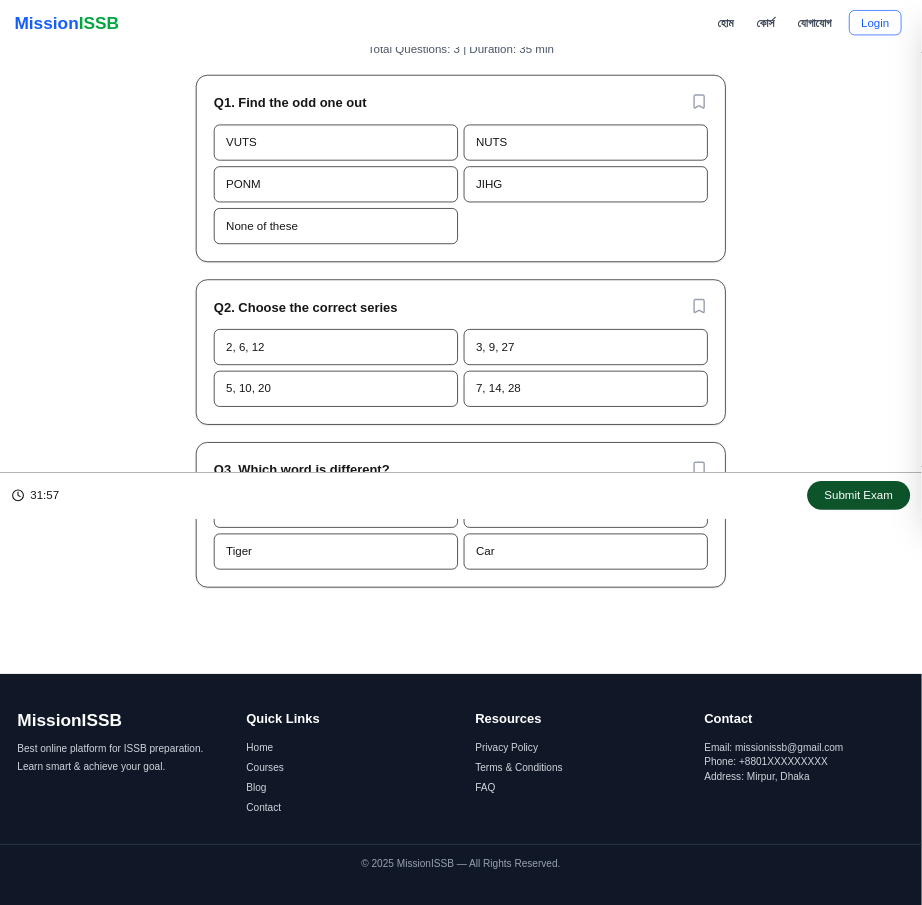
Repository: mdmuhibullahhabib/missionissb
Page: /exam/verbal-model-test-01
The author's editor kept a copy of each file at every save. The page is drawn from the files as they stood at one save, then again after the next save.
The browser window is 1280 px wide. The pictures show the whole page, at 72% of full size.
The page's requests for data from a server got no answer. The project was rebuilt for these pictures with package versions that can differ from the ones it lists, and the page was loaded fresh each time. The framework's server and built-in components were replaced by stand-ins that run in the browser. No one was signed in, and anything a server would have sent is missing. Also part of the build but not shown: next.config.mjs, app/exam/[id]/components/SubmitModal.jsx.

Above is the page before, as saved 2025-12-15 16:53:30.

### app/layout.js
import { Geist, Geist_Mono } from 'next/font/google'
import './globals.css'
import Footer from '@/components/shared/Footer'
import Navbar from '@/components/shared/Navbar'
import NextAuthProvider from './providers/NextAuthProvider'
import LayoutWrapper from '@/components/LayoutWrapper'

const geistSans = Geist({
  variable: '--font-geist-sans',
  subsets: ['latin']
})

const geistMono = Geist_Mono({
  variable: '--font-geist-mono',
  subsets: ['latin']
})

export const metadata = {
  title: 'Mission ISSB',
  description: 'Generated by create next app'
}

export default function RootLayout({ children }) {
  return (
    <html lang='en' suppressHydrationWarning={true}>
      <body
        className={`${geistSans.variable} ${geistMono.variable} antialiased`}
      >
        <NextAuthProvider>

                    <LayoutWrapper>{children}</LayoutWrapper>


          {/* <Navbar />

          {children}

          <Footer /> */}
        </NextAuthProvider>
      </body>
    </html>
  )
}

### app/exam/[id]/page.jsx
"use client";

import { useState } from "react";
import { Clock } from "lucide-react";
import McqCard from "./components/McqCard";
import SubmitModal from "./components/SubmitModal";

/* Fake Questions */
const questions = [
  {
    question: "Find the odd one out",
    options: ["VUTS", "NUTS", "PONM", "JIHG", "None of these"],
  },
  {
    question: "Choose the correct series",
    options: ["2, 6, 12", "3, 9, 27", "5, 10, 20", "7, 14, 28"],
  },
  {
    question: "Which word is different?",
    options: ["Dog", "Cat", "Tiger", "Car"],
  },
];

const ExamPage = () => {
  const [currentQ, setCurrentQ] = useState(0);
  const [answers, setAnswers] = useState({});
  const [showSubmitModal, setShowSubmitModal] = useState(false);

  const handleSelect = (idx) => {
    setAnswers({ ...answers, [currentQ]: idx });
  };

  return (
    <div className="min-h-screen bg-white pb-24">

      {/* Header */}
      <div className="text-center py-6">
        <h1 className="text-2xl font-bold">Verbal Model Test 01</h1>
        <p className="text-gray-600">
          Total Questions: {questions.length} | Duration: 35 min
        </p>
      </div>

      {/* Question Card */}
           <div className="max-w-3xl mx-auto px-4">
        {questions.map((q, index) => (
          <McqCard
            key={index}
            index={index}
            question={q.question}
            options={q.options}
            selectedAnswer={answers[index]}
            onSelect={(optIdx) =>
              handleSelect(index, optIdx)
            }
          />
        ))}
      </div>

      {/* Footer */}
      <div className="fixed bottom-0 left-0 w-full bg-white border-t px-4 py-3 flex justify-between">
        <div className="flex items-center gap-2 font-medium">
          <Clock size={18} /> 31:57
        </div>

        <button
          onClick={() => setShowSubmitModal(true)}
          className="bg-green-900 text-white px-6 py-2 rounded-full"
        >
          Submit Exam
        </button>
      </div>

      {/* Submit Modal */}
      <SubmitModal
        open={showSubmitModal}
        onClose={() => setShowSubmitModal(false)}
        onSubmit={() => {
          setShowSubmitModal(false);
          alert("Exam Submitted!");
        }}
      />
    </div>
  );
};

export default ExamPage;

### components/shared/Footer.jsx
"use client";
import Link from "next/link";

export default function Footer() {
  return (
    <footer className="bg-gray-900 text-gray-300 py-12">
      <div className="max-w-7xl mx-auto grid grid-cols-1 md:grid-cols-4 gap-10 px-6">

        {/* Column 1 */}
        <div>
          <h2 className="text-2xl font-bold text-white">MissionISSB</h2>
          <p className="mt-3 text-sm leading-6">
            Best online platform for ISSB preparation.
            Learn smart & achieve your goal.
          </p>
        </div>

        {/* Column 2 */}
        <div>
          <h3 className="text-lg font-semibold text-white mb-4">Quick Links</h3>
          <ul className="space-y-2 text-sm">
            <li><Link href="/" className="hover:text-white">Home</Link></li>
            <li><Link href="/courses" className="hover:text-white">Courses</Link></li>
            <li><Link href="/blog" className="hover:text-white">Blog</Link></li>
            <li><Link href="/contact" className="hover:text-white">Contact</Link></li>
          </ul>
        </div>

        {/* Column 3 */}
        <div>
          <h3 className="text-lg font-semibold text-white mb-4">Resources</h3>
          <ul className="space-y-2 text-sm">
            <li><Link href="/privacy" className="hover:text-white">Privacy Policy</Link></li>
            <li><Link href="/terms" className="hover:text-white">Terms & Conditions</Link></li>
            <li><Link href="/faq" className="hover:text-white">FAQ</Link></li>
          </ul>
        </div>

        {/* Column 4 */}
        <div>
          <h3 className="text-lg font-semibold text-white mb-4">Contact</h3>
          <p className="text-sm">Email: missionissb@gmail.com</p>
          <p className="text-sm">Phone: +8801XXXXXXXXX</p>
          <p className="text-sm">Address: Mirpur, Dhaka</p>
        </div>
      </div>

      <div className="mt-10 border-t border-gray-700 pt-4 text-center text-gray-400 text-sm">
        © {new Date().getFullYear()} MissionISSB — All Rights Reserved.
      </div>
    </footer>
  );
}

### components/shared/Navbar.jsx
"use client";
import { useState, useEffect } from "react";
import Link from "next/link";
import { FiMenu, FiX } from "react-icons/fi";
import { useSession } from "next-auth/react";
import { useRouter } from "next/navigation";
import DrawerMenu from "../user/UserDrawerMenu";


// Fake user data
const fakeUser = {
    name: "Muhibullah Habib",
    email: "muhib@example.com",
    avatar: "https://i.pravatar.cc/100?img=11",
    role: "admin",
};

export default function Navbar() {
    const [open, setOpen] = useState(false);
    const [scroll, setScroll] = useState(false);
    const router = useRouter();
        const [drawerOpen, setDrawerOpen] = useState(false);
    const [userDrawerOpen, setUserDrawerOpen] = useState(false);
    const { data: session, status } = useSession();
    console.log(session)
    console.log(status)

    // Scroll detection for shadow effect
    useEffect(() => {
        const handleScroll = () => {
            setScroll(window.scrollY > 10);
        };
        window.addEventListener("scroll", handleScroll);
        return () => window.removeEventListener("scroll", handleScroll);
    }, []);

    const navLinks = [
        { name: "হোম", href: "/" },
        { name: "কোর্স", href: "/courses" },
        { name: "যোগাযোগ", href: "/contact" },
    ];

    // User icon click
    const handleUserClick = () => {
        if (status == "authenticated") {
            setUserDrawerOpen(true);
        } else {
            router.push("/auth");
        }
    };

    return (
        <>
            <nav
                className={`w-full fixed top-0 z-50 transition-all ${scroll ? "bg-white shadow-md" : "bg-white"
                    }`}
            >
                <div className="max-w-7xl mx-auto px-5 py-3 flex justify-between items-center">

                    {/* Logo */}
                    <Link href="/" className="text-2xl font-bold text-blue-600">
                        Mission<span className="text-green-600">ISSB</span>
                    </Link>


                    {/* Auth Buttons */}
                    <div className="hidden items-center md:flex gap-4">
                        {/* Desktop Menu */}
                        <div className="hidden md:flex gap-8">
                            {navLinks.map((link) => (
                                <Link
                                    key={link.name}
                                    href={link.href}
                                    className="text-gray-700 font-semibold hover:text-blue-600 transition font-medium"
                                >
                                    {link.name}
                                </Link>
                            ))}
                        </div>

                        {/* User Icon */}
                        <button
                            onClick={handleUserClick}
                            className="p-2 rounded-full hover:bg-gray-100 transition duration-150"
                        >
                            {status == "authenticated" ? (
                                <img
                                    src={fakeUser?.avatar}
                                    alt="user"
                                    className="h-8 w-8 rounded-full border"
                                />
                            ) : (
                                <Link
                                    href="/auth"
                                    className="px-4 py-2 border border-blue-600 text-blue-600 rounded-lg hover:bg-blue-600 hover:text-white transition"
                                >
                                    Login
                                </Link>
                            )}
                        </button>
                    </div>

                    {/* Mobile Toggle */}
                    <button onClick={() => setOpen(!open)} className="md:hidden text-3xl">
                        {open ? <FiX /> : <FiMenu />}
                    </button>
                </div>

                {/* Mobile Menu */}
                <div
                    className={`md:hidden bg-white fixed top-[64px] left-0 w-full h-screen transition-all duration-300 ${open ? "translate-y-0 opacity-100" : "-translate-y-5 opacity-0 pointer-events-none"
                        }`}
                >
                    <div className="flex flex-col gap-6 px-6 py-6 text-lg">
                        {navLinks.map((link) => (
                            <Link
                                key={link.name}
                                href={link.href}
                                onClick={() => setOpen(false)}
                                className="text-gray-700 hover:text-blue-600"
                            >
                                {link.name}
                            </Link>
                        ))}

                        <hr />

                        <Link
                            href="/auth/login"
                            onClick={() => setOpen(false)}
                            className="text-blue-600 font-semibold"
                        >
                            Login
                        </Link>
                    </div>
                </div>
            </nav>

            <DrawerMenu
                isOpen={userDrawerOpen}
                onClose={() => setUserDrawerOpen(false)}
                // user={user}
            />
        </>
    );
}

### app/providers/NextAuthProvider.jsx
"use client"
import { SessionProvider } from 'next-auth/react'
import React from 'react'

const NextAuthProvider = ({ children }) => {
    return <SessionProvider>{children}</SessionProvider>
}

export default NextAuthProvider;

### components/LayoutWrapper.jsx
"use client";

import { usePathname } from "next/navigation";
import Navbar from "./shared/Navbar";
import Footer from "./shared/Footer";

export default function LayoutWrapper({ children }) {
  const pathname = usePathname();
  const isAdmin = pathname.startsWith("/admin");
  const isAuth = pathname.startsWith("/auth");

  return (
    <>
      {!isAdmin && !isAuth && <Navbar />}

      <main>{children}</main>

      {!isAdmin && !isAuth && <Footer />}
    </>
  );
}

### app/exam/[id]/components/McqCard.jsx
"use client";

import { Bookmark } from "lucide-react";

const McqCard = ({
  index,
  question,
  options,
  selectedAnswer,
  onSelect,
}) => {
  return (
    <div className="border rounded-2xl p-6 shadow-sm mb-6">

      {/* Question */}
      <div className="flex justify-between items-start mb-4">
        <h2 className="font-semibold text-lg">
          Q{index + 1}. {question}
        </h2>
        <Bookmark className="text-gray-400 cursor-pointer" />
      </div>

      {/* Options */}
      <div className="space-3 gap-2 grid md:grid-cols-2">
        {options.map((opt, idx) => (
          <button
            key={idx}
            onClick={() => onSelect(idx)}
            className={`w-full text-left px-4 py-3 border rounded-lg transition
              ${
                selectedAnswer === idx
                  ? "bg-green-100 border-green-600"
                  : "hover:bg-gray-50"
              }`}
          >
            {opt}
          </button>
        ))}
      </div>
    </div>
  );
};

export default McqCard;

### components/user/UserDrawerMenu.jsx
"use client";

import { FiX, FiUser, FiShoppingBag, FiSettings, FiGrid, FiLogOut } from "react-icons/fi";
import { motion, AnimatePresence } from "framer-motion";
import Image from "next/image";
import { useRouter } from "next/navigation";
import { signOut, useSession } from "next-auth/react";
import Link from "next/link";

export default function DrawerMenu({ isOpen, onClose, user = {} }) {
  const router = useRouter();
  const { data: session, status } = useSession();
  console.log(session)

  const handleNavigate = (path) => {
    onClose();
    router.push(path);
  };

  const handleLogout = async () => {
    // You can replace with your logout logic
    console.log("User logged out");
    onClose();
    await signOut();
  };

  const isAdmin = user?.role === "admin";

  return (
    <>
      {/* Overlay */}
      <AnimatePresence>
        {isOpen && (
          <motion.div
            initial={{ opacity: 0 }}
            animate={{ opacity: 1 }}
            exit={{ opacity: 0 }}
            onClick={onClose}
            className="fixed inset-0 bg-black/30 backdrop-blur-sm z-40 cursor-pointer"
          />
        )}
      </AnimatePresence>

      {/* Drawer */}
      <motion.div
        initial={{ x: "100%" }}
        animate={{ x: isOpen ? 0 : "100%" }}
        exit={{ x: "100%" }}
        transition={{ type: "spring", stiffness: 100, damping: 20 }}
        className="fixed top-0 right-0 h-full w-80 sm:w-96 bg-white shadow-2xl z-50 flex flex-col"
      >
        {/* Header */}
        <div className="flex justify-between items-center p-4 border-b">
          <div className="flex items-center gap-3">
            <Image
              src={user?.photo || "https://i.ibb.co/5j9n3yH/default-avatar.png"}
              width={40}
              height={40}
              alt="User avatar"
              className="rounded-full object-cover"
            />
            <div>
              <p className="font-semibold text-gray-800">
                {user?.name || "Guest User"}
              </p>
              <p className="text-xs text-gray-500">
                {isAdmin ? "Administrator" : "Regular User"}
              </p>
            </div>
          </div>
          <button onClick={onClose} className="text-gray-600 hover:text-red-500">
            <FiX className="h-6 w-6" />
          </button>
        </div>

        {/* Menu Items */}
        <div className="flex-1 overflow-y-auto p-5 space-y-4 text-gray-700">
          <button
            onClick={() => handleNavigate("/profile")}
            className="flex items-center gap-3 w-full p-3 rounded-xl hover:bg-gray-100 transition"
          >
            <FiUser className="text-red-500" />
            <span>My Profile</span>
          </button>

          <Link
            href={"/mycourse"}
            // onClick={() => handleNavigate("/mycourse")}
            className="flex items-center gap-3 w-full p-3 rounded-xl hover:bg-gray-100 transition"
          >
            <FiShoppingBag className="text-red-500" />
            <span>My Courses</span>
          </Link>

          <Link
            href={"/admin/dashboard"}
            // onClick={() => handleNavigate("/mycourse")}
            className="flex items-center gap-3 w-full p-3 rounded-xl hover:bg-gray-100 transition"
          >
            <FiShoppingBag className="text-red-500" />
            <span>Admin Dashboard</span>
          </Link>

          {isAdmin && (
            <button
              onClick={() => handleNavigate("/admin/dashboard")}
              className="flex items-center gap-3 w-full p-3 rounded-xl hover:bg-gray-100 transition"
            >
              <FiGrid className="text-red-500" />
              <span>Admin Dashboard</span>
            </button>
          )}
        </div>

        {/* Footer */}
        <div className="border-t p-4">
          <button
            onClick={handleLogout}
            className="flex items-center justify-center gap-2 w-full py-2 bg-red-600 text-white font-medium rounded-xl hover:bg-red-700 transition"
          >
            <FiLogOut />
            Logout
          </button>
        </div>
      </motion.div>
    </>
  );
}

Loaded but not shown: app/globals.css (common file)

After the next save:
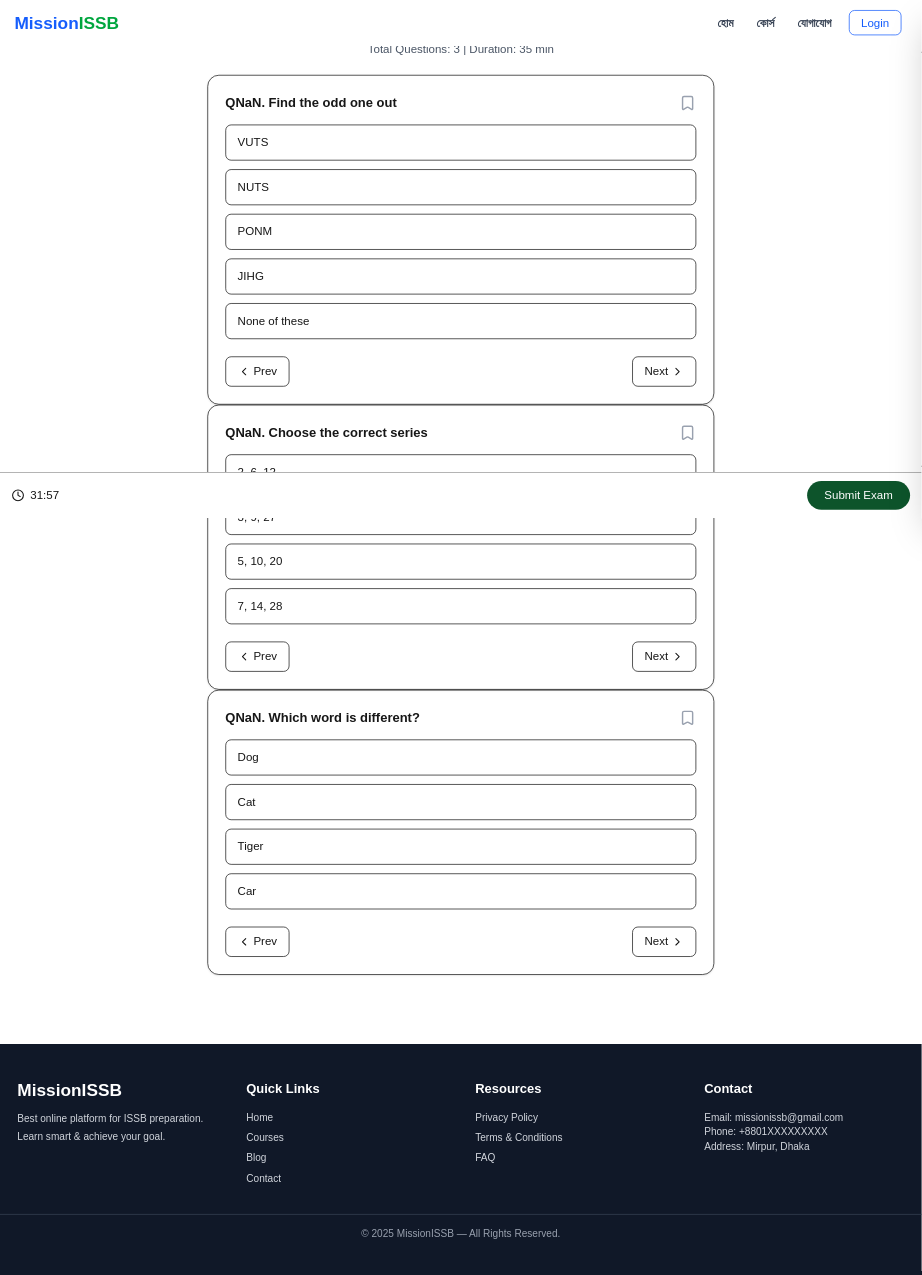
Saved 9 min 3 s later.
--- a/app/exam/[id]/components/McqCard.jsx
+++ b/app/exam/[id]/components/McqCard.jsx
@@ -1,41 +1,65 @@
 "use client";
 
-import { Bookmark } from "lucide-react";
+import { Bookmark, ChevronLeft, ChevronRight } from "lucide-react";
 
 const McqCard = ({
-  index,
   question,
   options,
+  currentQ,
+  totalQuestions,
   selectedAnswer,
   onSelect,
+  onPrev,
+  onNext,
 }) => {
   return (
-    <div className="border rounded-2xl p-6 shadow-sm mb-6">
+    <div className="max-w-3xl mx-auto px-4">
+      <div className="border rounded-2xl p-6 shadow-sm">
 
-      {/* Question */}
-      <div className="flex justify-between items-start mb-4">
-        <h2 className="font-semibold text-lg">
-          Q{index + 1}. {question}
-        </h2>
-        <Bookmark className="text-gray-400 cursor-pointer" />
-      </div>
+        {/* Question Header */}
+        <div className="flex justify-between items-center mb-4">
+          <h2 className="font-semibold text-lg">
+            Q{currentQ + 1}. {question}
+          </h2>
+          <Bookmark className="text-gray-400 cursor-pointer" />
+        </div>
 
-      {/* Options */}
-      <div className="space-3 gap-2 grid md:grid-cols-2">
-        {options.map((opt, idx) => (
+        {/* Options */}
+        <div className="space-y-3">
+          {options.map((opt, idx) => (
+            <button
+              key={idx}
+              onClick={() => onSelect(idx)}
+              className={`w-full text-left px-4 py-3 border rounded-lg transition
+                ${
+                  selectedAnswer === idx
+                    ? "bg-green-100 border-green-500"
+                    : "hover:bg-gray-50"
+                }`}
+            >
+              {opt}
+            </button>
+          ))}
+        </div>
+
+        {/* Navigation */}
+        <div className="flex justify-between mt-6">
           <button
-            key={idx}
-            onClick={() => onSelect(idx)}
-            className={`w-full text-left px-4 py-3 border rounded-lg transition
-              ${
-                selectedAnswer === idx
-                  ? "bg-green-100 border-green-600"
-                  : "hover:bg-gray-50"
-              }`}
+            onClick={onPrev}
+            disabled={currentQ === 0}
+            className="flex items-center gap-1 px-4 py-2 border rounded-lg disabled:opacity-40"
           >
-            {opt}
+            <ChevronLeft size={18} /> Prev
           </button>
-        ))}
+
+          <button
+            onClick={onNext}
+            disabled={currentQ === totalQuestions - 1}
+            className="flex items-center gap-1 px-4 py-2 border rounded-lg disabled:opacity-40"
+          >
+            Next <ChevronRight size={18} />
+          </button>
+        </div>
       </div>
     </div>
   );
